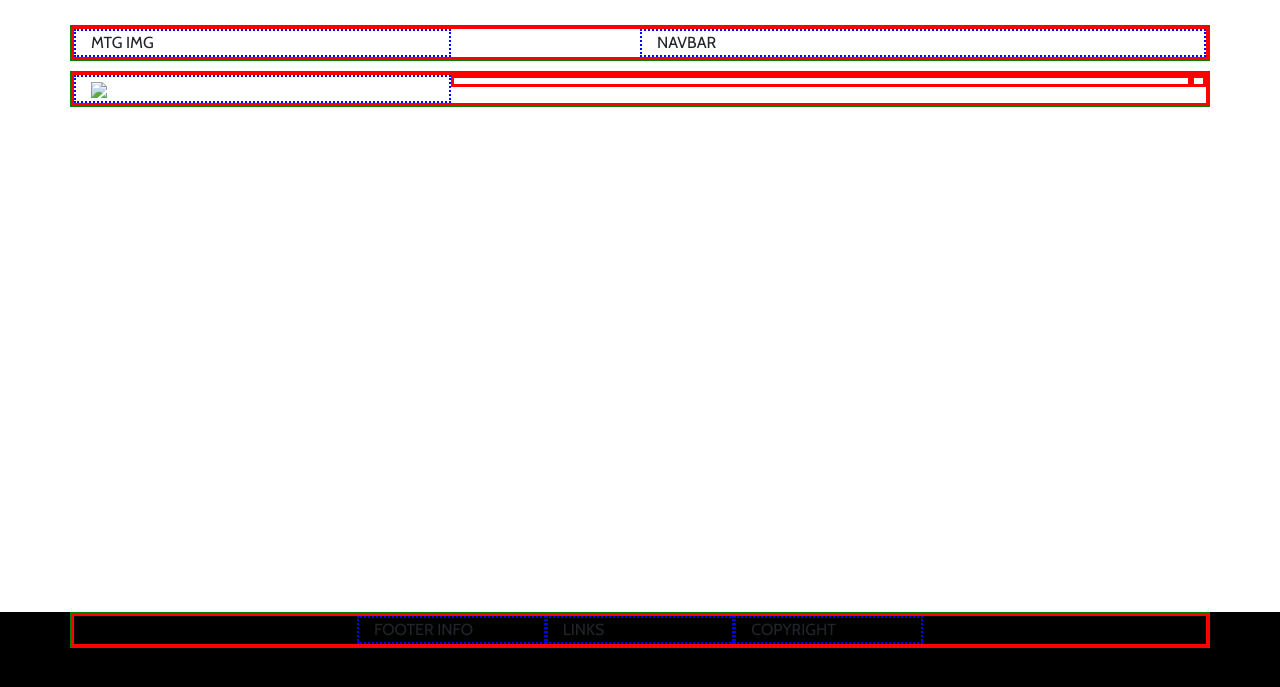
Repository: Code-Institute-Submissions/Milestone-Project-1-Art-Blog
Page: artisttemp.html
The author's editor kept a record of every edit. The page is drawn from the files as they stood at one moment, then again after the next edit.
The browser window is 1280 px wide. The pictures show the whole page.
Some web libraries are served in a nearby version.

Above is the page before.

### artisttemp.html
<!DOCTYPE html>
<html lang="en">

<head>
    <meta charset="UTF-8">
    <meta name="viewport" content="width=device-width, initial-scale=1.0">
    <meta http-equiv="X-UA-Compatible" content="ie=edge">
    <link rel="stylesheet" href="https://maxcdn.bootstrapcdn.com/bootstrap/4.2.1/css/bootstrap.min.css" type="text/css" />
    <link rel="stylesheet" href="https://use.fontawesome.com/releases/v5.0.10/css/all.css" integrity="sha384-+d0P83n9kaQMCwj8F4RJB66tzIwOKmrdb46+porD/OvrJ+37WqIM7UoBtwHO6Nlg" crossorigin="anonymous">
    <link rel="stylesheet" href="https://cdnjs.cloudflare.com/ajax/libs/hover.css/2.3.1/css/hover-min.css" type="text/css" />
    <link rel="stylesheet" href="assets/css/style.css" type="text/css" />
    <title>MtG: Flavourist</title>
</head>

<body>

    <header>
        <div class="container my-container">
            <div class="row my-row">
                <div class="col-4 my-col">
                    MTG IMG
                </div>
                <div class="offset-2 col-6 my-col">
                    NAVBAR
                </div>
            </div>
        </div>
    </header>

    <content>
        <div class="container my-container">
            <div class="row my-row">
                <div class="col-4 my-col">
                    <img src="#"></img>
                </div>
                <div class="col-8">
                    <div class="row my-row">
                        <div class="col-12">

                        </div>
                        <div class="row my-row"></div>
                    </div>
                </div>
            </div>
        </div>

    </content>

    <footer>
        <div class="container my-container">
            <div class="row my-row">
                <div class="offset-3 col-2 my-col">
                    FOOTER INFO
                </div>
                <div class="col-2 my-col">
                    LINKS
                </div>
                <div class="col-2 my-col">
                    COPYRIGHT
                </div>
            </div>
        </div>

    </footer>

</body>

</html>

### assets/css/style.css
@import url('https://fonts.googleapis.com/css?family=Cabin:100,200,300,400,500,600,700|Indie+Flower:100,200,300,400,500,600,700');

/* ----------------------------------- resets*/

body {
    font-family: cabin;
}

header {
    margin: 0;
    margin-top: 25px;
}

footer {
    position: absolute;
    bottom: 0px;
    width: 100%;
    height: 15%;
    background-color: black;
}

/* ----------------------------------- test-styles*/

.content {
    background-color: lightgrey;
    margin: 20px 0px;
}

.logo {
padding: 0px;
}

.header-titles {
 max-width:100%;
 padding: 0px;
}

.logo-img {
    width: 100%;
}

.my-container {
    border: 1px solid green;
}

.my-row {
    border: 3px solid red;
}

.my-row-nested {
    border: 3px solid yellow;
}

.my-col {
    border: 2px dotted blue;
}

.container {
    margin-bottom: 10px;
}

.container-fluid {
    margin-bottom: 10px;
}

After the next edit:
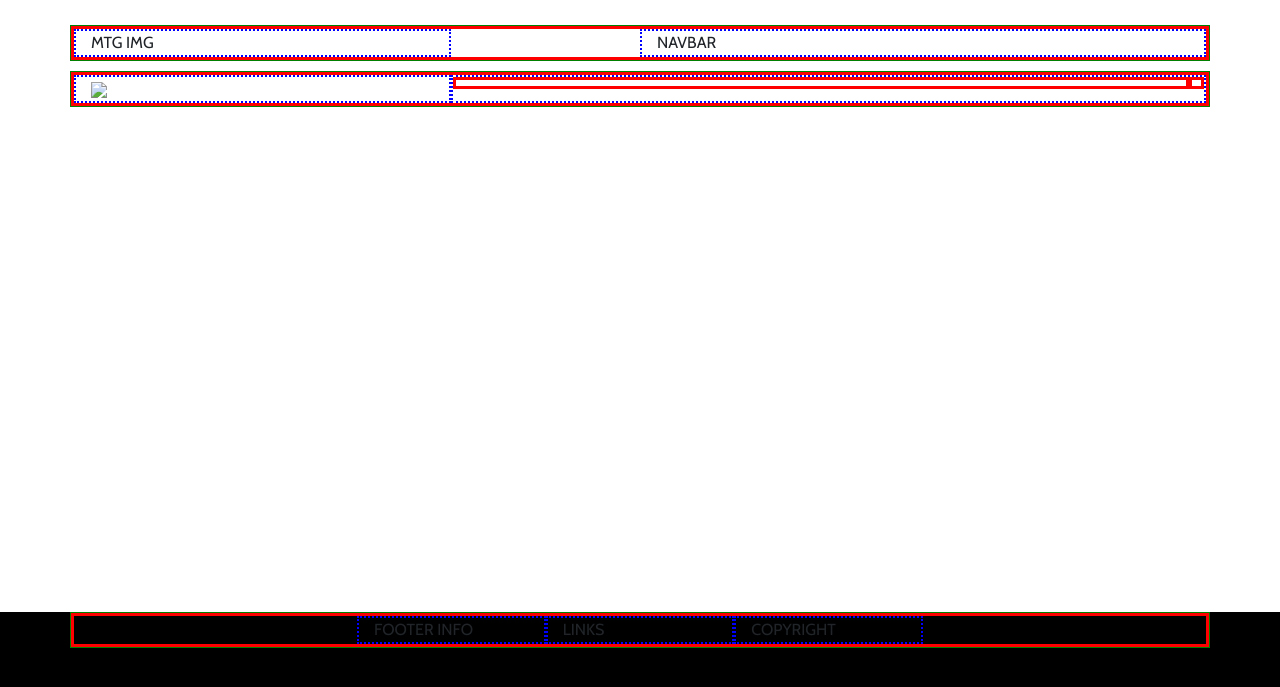
The edit:
--- a/artisttemp.html
+++ b/artisttemp.html
@@ -33,7 +33,7 @@
                 <div class="col-4 my-col">
                     <img src="#"></img>
                 </div>
-                <div class="col-8">
+                <div class="col-8 my-col">
                     <div class="row my-row">
                         <div class="col-12">
 
